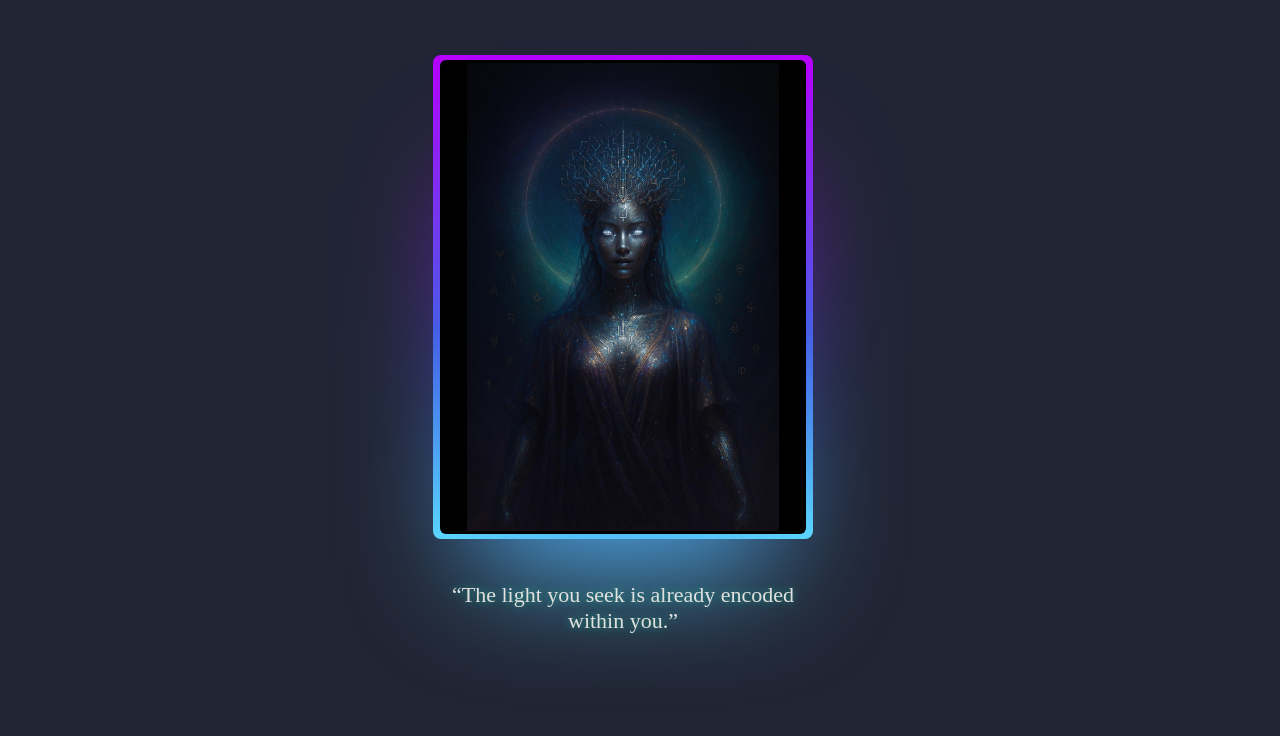
Repository: mertfurkandgn/artpainting
Page: card-1/index.html
The author's editor kept a copy of each file at every save. The page is drawn from the files as they stood at one save, then again after a run of saves.
The browser window is 1280 px wide. The pictures show the whole page.

Above is the page before, as saved 2025-07-30 22:51:54.

After the next 2 saves:
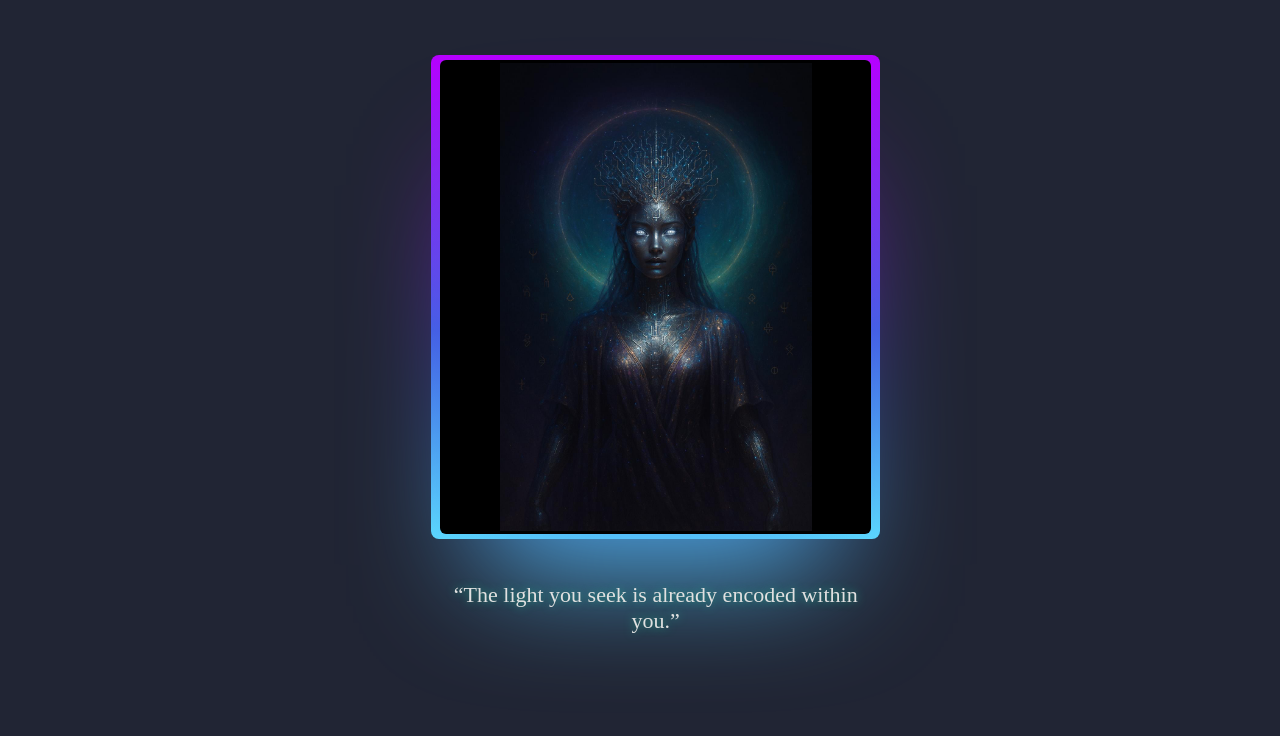
The 2 saves are shown as one change because they came seconds apart.
The last was saved 9 s later.
--- a/card-1/css/style.css
+++ b/card-1/css/style.css
@@ -18,7 +18,7 @@
 
 :root {
   --card-height: 65vh;
-  --card-width: calc(var(--card-height) / 1.3);
+  --card-width: calc(var(--card-height) / 1.1);
 }
 
 
